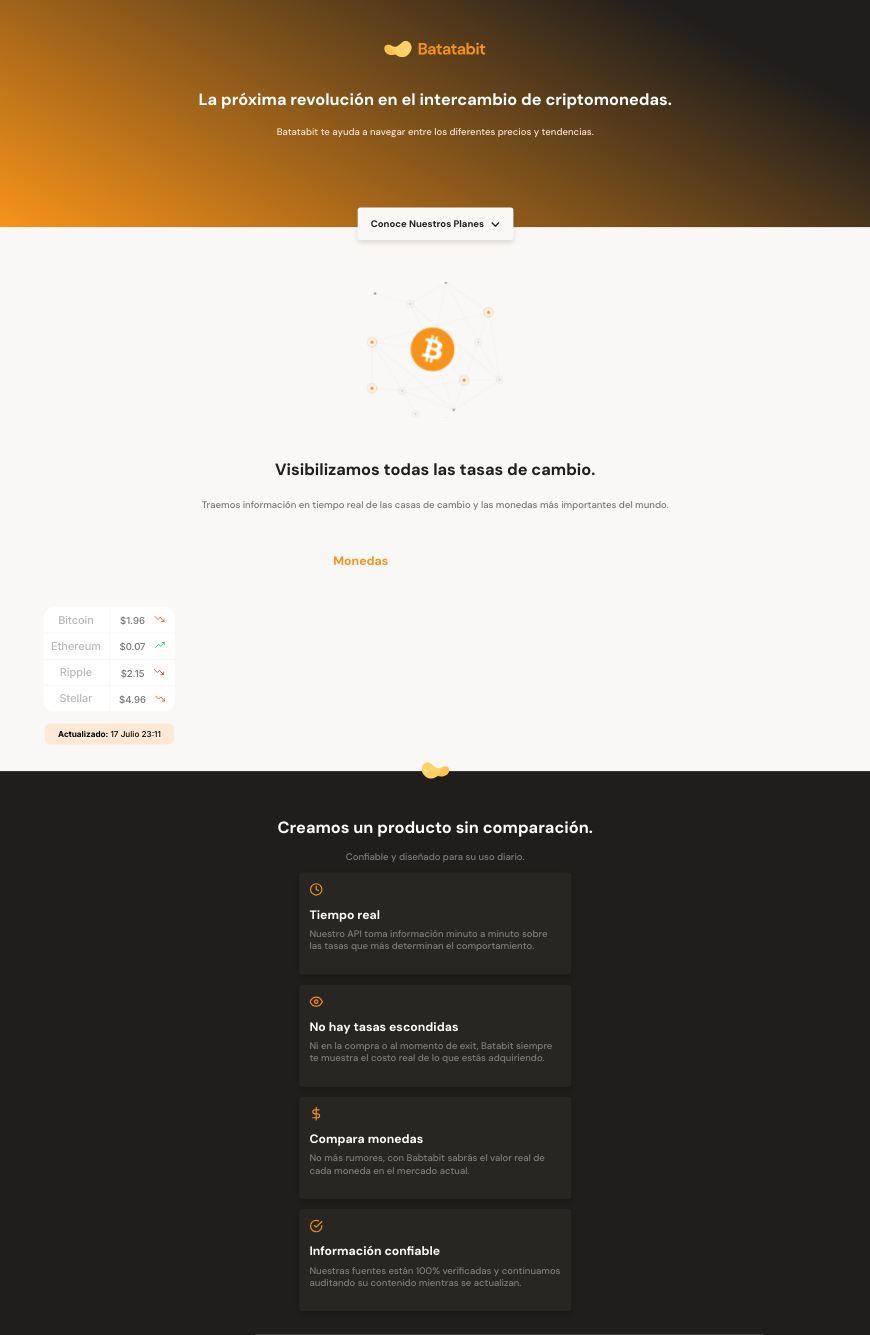
Repository: Pandrea-hub/Batatabit
Page: index.html
An editor plug-in stored every save of this project. The page is shown before and after the next save, followed by the edit.
The browser window is 1280 px wide. The pictures show the whole page, at 68% of full size.

Above is the page before, as saved 2022-04-19 08:31:10.

After the next save:
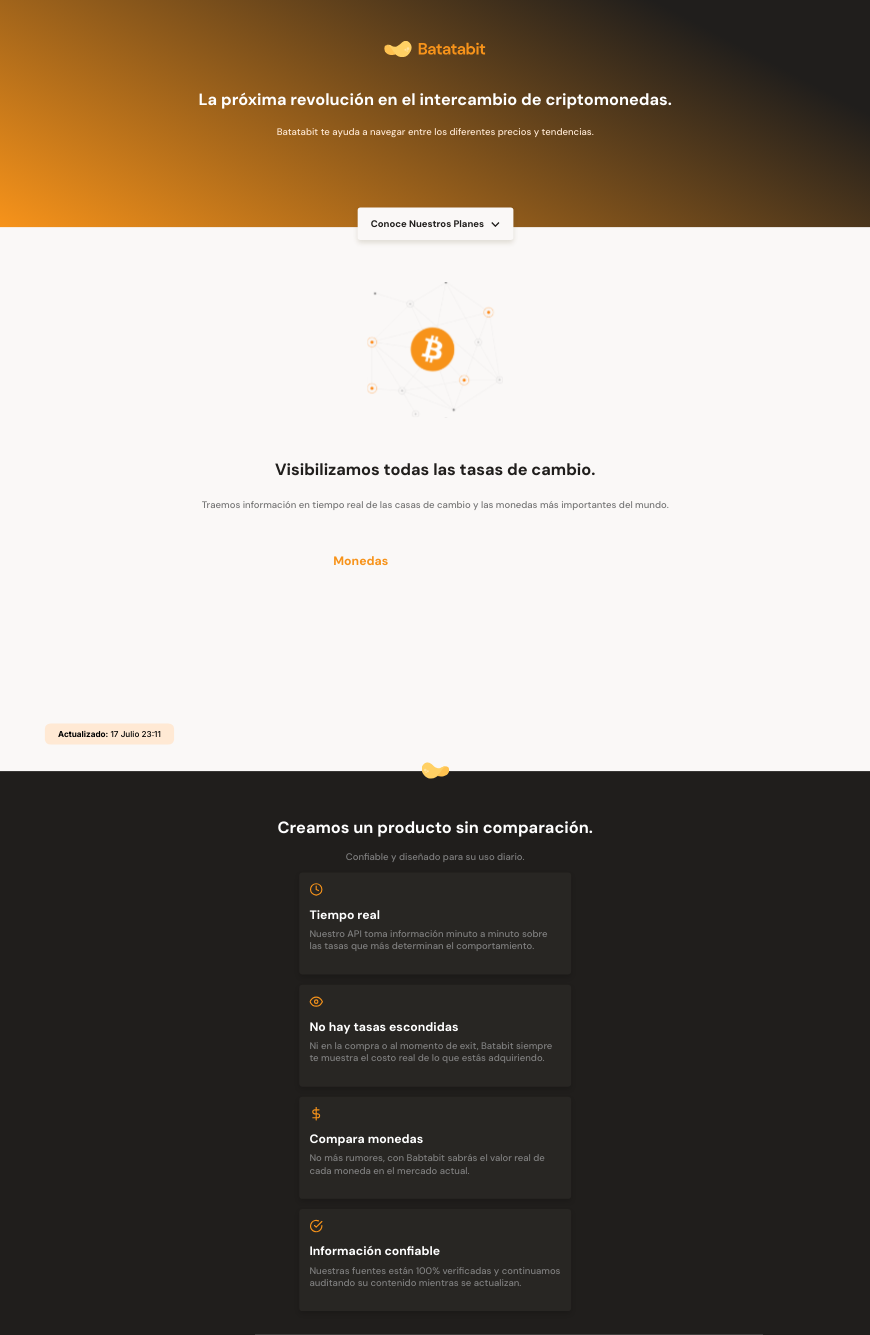
Saved 7 s later.
--- a/style.css
+++ b/style.css
@@ -210,7 +210,7 @@
     min-width: 230px;
     max-width: 300px;
     height: 90px;
-    position: inherit;
+    position: relative;
 }
 
 .currency-table--container table{

After the save that followed:
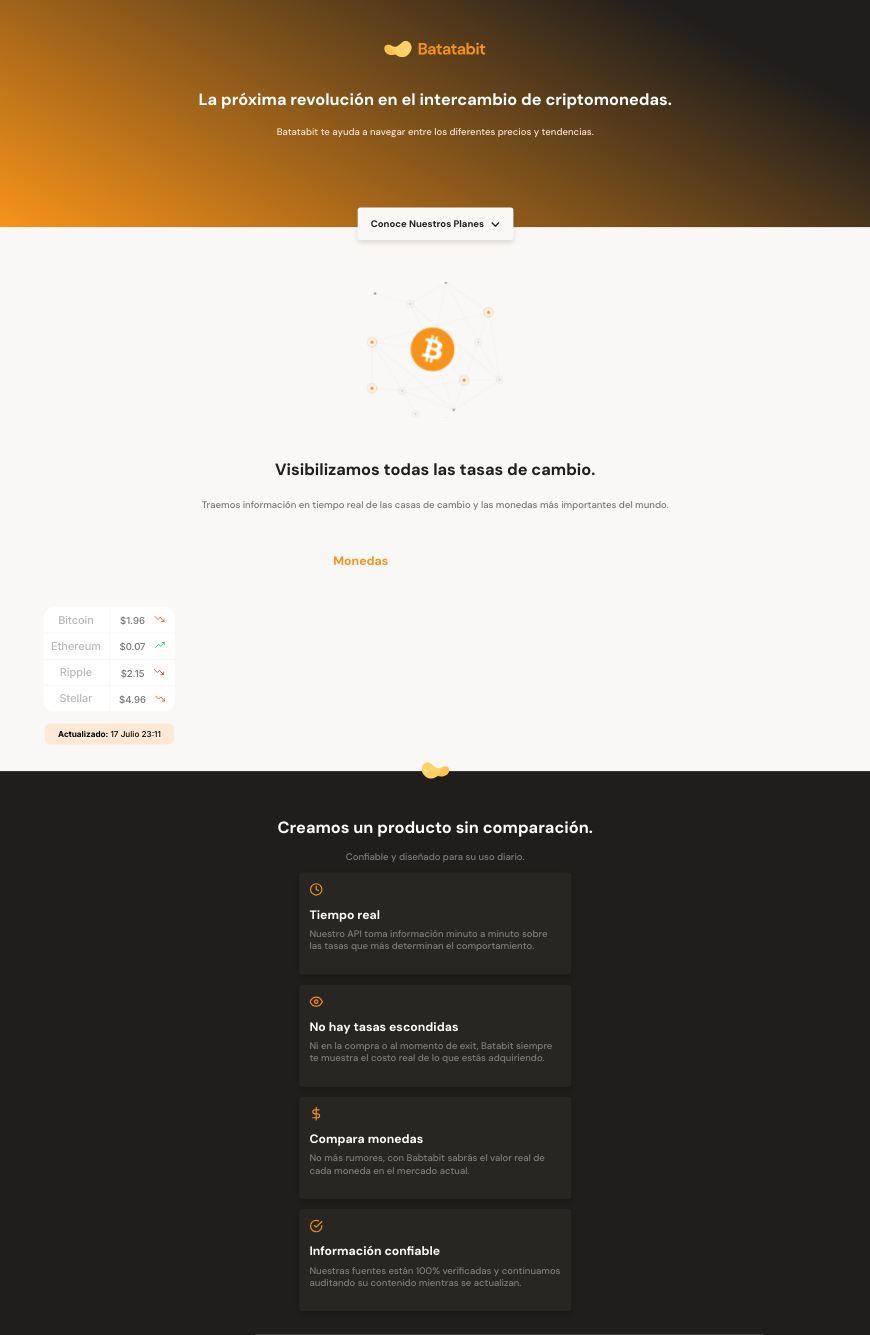
Saved 6 s later.
--- a/style.css
+++ b/style.css
@@ -210,7 +210,6 @@
     min-width: 230px;
     max-width: 300px;
     height: 90px;
-    position: relative;
 }
 
 .currency-table--container table{
